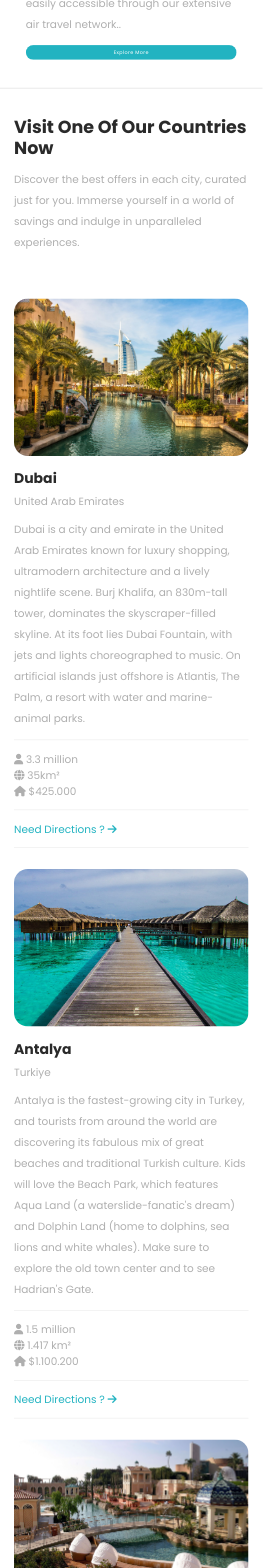
Repository: asadbekdev07/asadbekdev-zamontour-react
Page: /
The author's editor kept a copy of each file at every save. The page is drawn from the files as they stood at one save, then again after the next save.
The browser window is 375 px wide. The pictures show the part of the page from y = 3618 to 5858 px (the page is 7254 px tall before and 7279 px after), at 70% of full size.
The project was rebuilt for these pictures with package versions that can differ from the ones it lists, and the page was loaded fresh each time. Also part of the build but not shown: vite.config.js.

Above is the page before, as saved 2024-05-26 20:25:29.

After the next save:
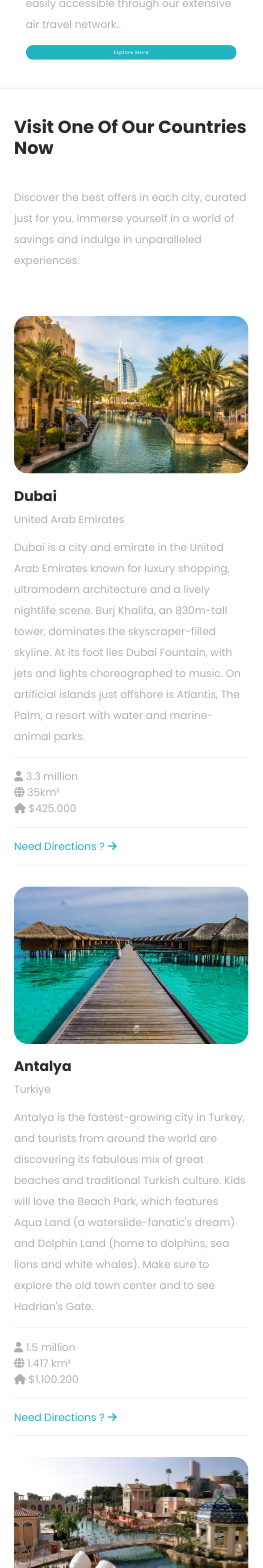
Saved 54 s later.
--- a/src/assets/styles/index.css
+++ b/src/assets/styles/index.css
@@ -1081,6 +1081,9 @@ select:-webkit-autofill:focus {
     line-height: 30px;
     margin-bottom: 15px;
   }
+  .visit__heading {
+    margin-bottom: 40px;
+  }
 }
 
 @media

After the save that followed:
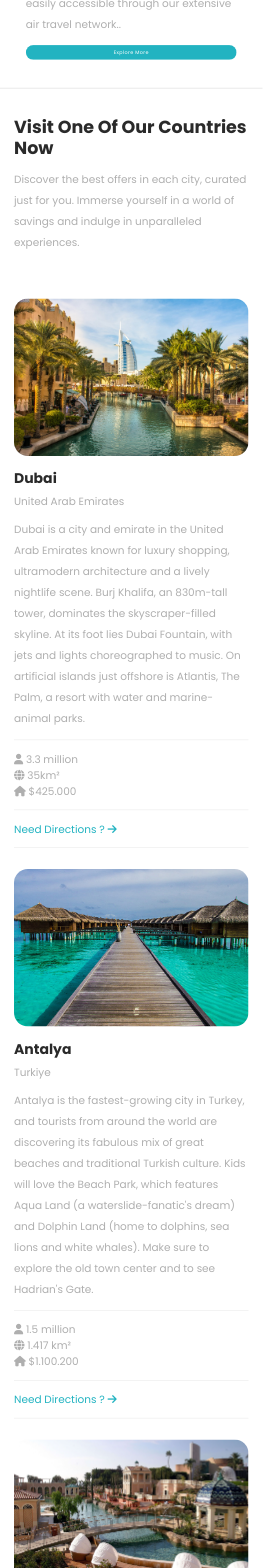
Saved 49 s later.
--- a/src/assets/styles/index.css
+++ b/src/assets/styles/index.css
@@ -1081,9 +1081,9 @@ select:-webkit-autofill:focus {
     line-height: 30px;
     margin-bottom: 15px;
   }
-  .visit__heading {
+  /* .visit__heading {
     margin-bottom: 40px;
-  }
+  } */
 }
 
 @media
